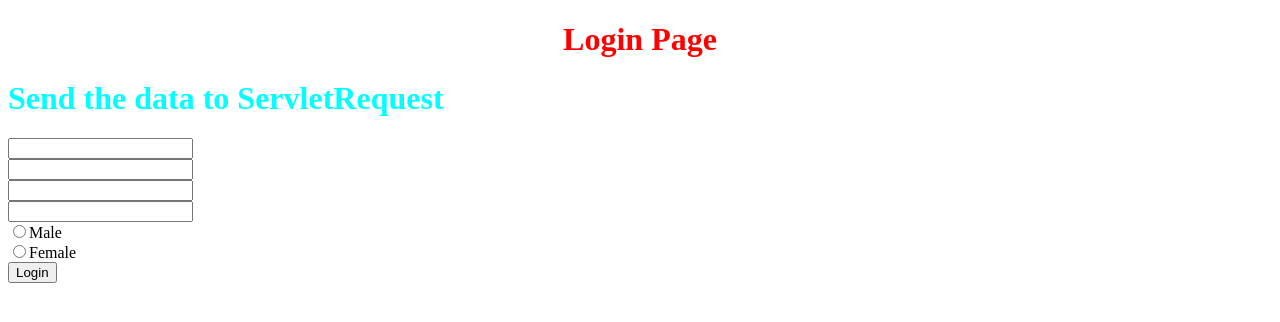
Repository: Somanath-Singh/Spring-Framework-By-Qspide
Page: http://localhost/SpringMVC-Proj01/register.jsp
These files come from the project's save history. The page is drawn as it stood at one moment and after the next save; the edit follows.
The browser window is 1280 px wide. The pictures show the whole page.
The page is served by Tomcat 10. Other server files are loaded and not shown.

Above is the page before, as saved 2025-02-17 05:36:16.

### SpringMVC-Proj01/src/main/webapp/register.jsp
<%@ page language="java" contentType="text/html; charset=UTF-8"
	pageEncoding="UTF-8"%>
<!DOCTYPE html>
<html>
<head>
<meta charset="UTF-8">
<title>Insert title here</title>
</head>
<body>

	<h1 style="color: red; text-align: center;">Login Page</h1>

	<h1 style="color: cyan; text-align: left;">Send the data to
		ServletRequest</h1>
	<form action="./register" method="POST">
		<input type="text" name="name"><br> <input type="email"
			name="email"><br> <input type="password" name="password"><br>
		<input type="number" name="age"><br> <input type="radio"
			name="gender" value="Male">Male<br> <input type="radio"
			name="gender" value="Female">Female<br>
		<button>Login</button>
	</form>
</body>
</html>

After the next save:
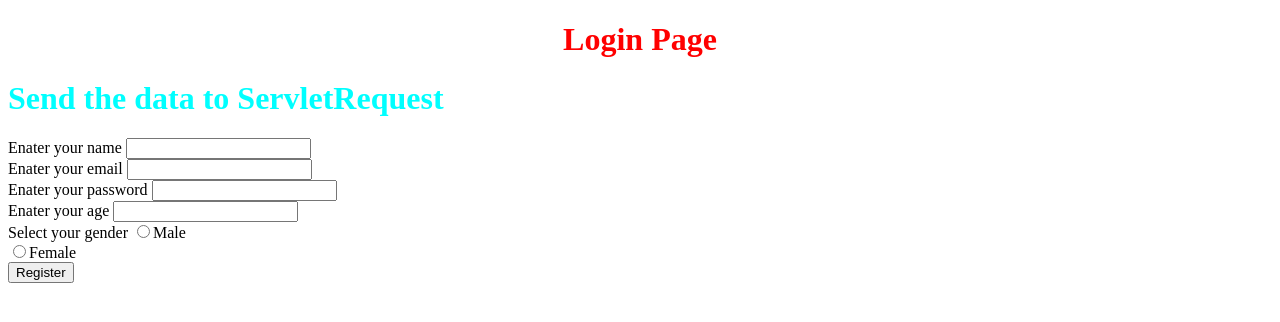
Saved 106 s later.
--- a/SpringMVC-Proj01/src/main/webapp/register.jsp
+++ b/SpringMVC-Proj01/src/main/webapp/register.jsp
@@ -13,12 +13,20 @@
 	<h1 style="color: cyan; text-align: left;">Send the data to
 		ServletRequest</h1>
 	<form action="./register" method="POST">
-		<input type="text" name="name"><br> <input type="email"
-			name="email"><br> <input type="password" name="password"><br>
-		<input type="number" name="age"><br> <input type="radio"
+	<label>Enater your name</label>
+		<input type="text" name="name"><br>
+		<label>Enater your email</label>
+		<input type="email"
+			name="email"><br>
+			<label>Enater your password</label>
+			<input type="password" name="password"><br>
+		<label>Enater your age</label>
+		<input type="number" name="age"><br>
+		<label>Select your gender</label>
+		<input type="radio"
 			name="gender" value="Male">Male<br> <input type="radio"
 			name="gender" value="Female">Female<br>
-		<button>Login</button>
+		<button>Register</button>
 	</form>
 </body>
 </html>
